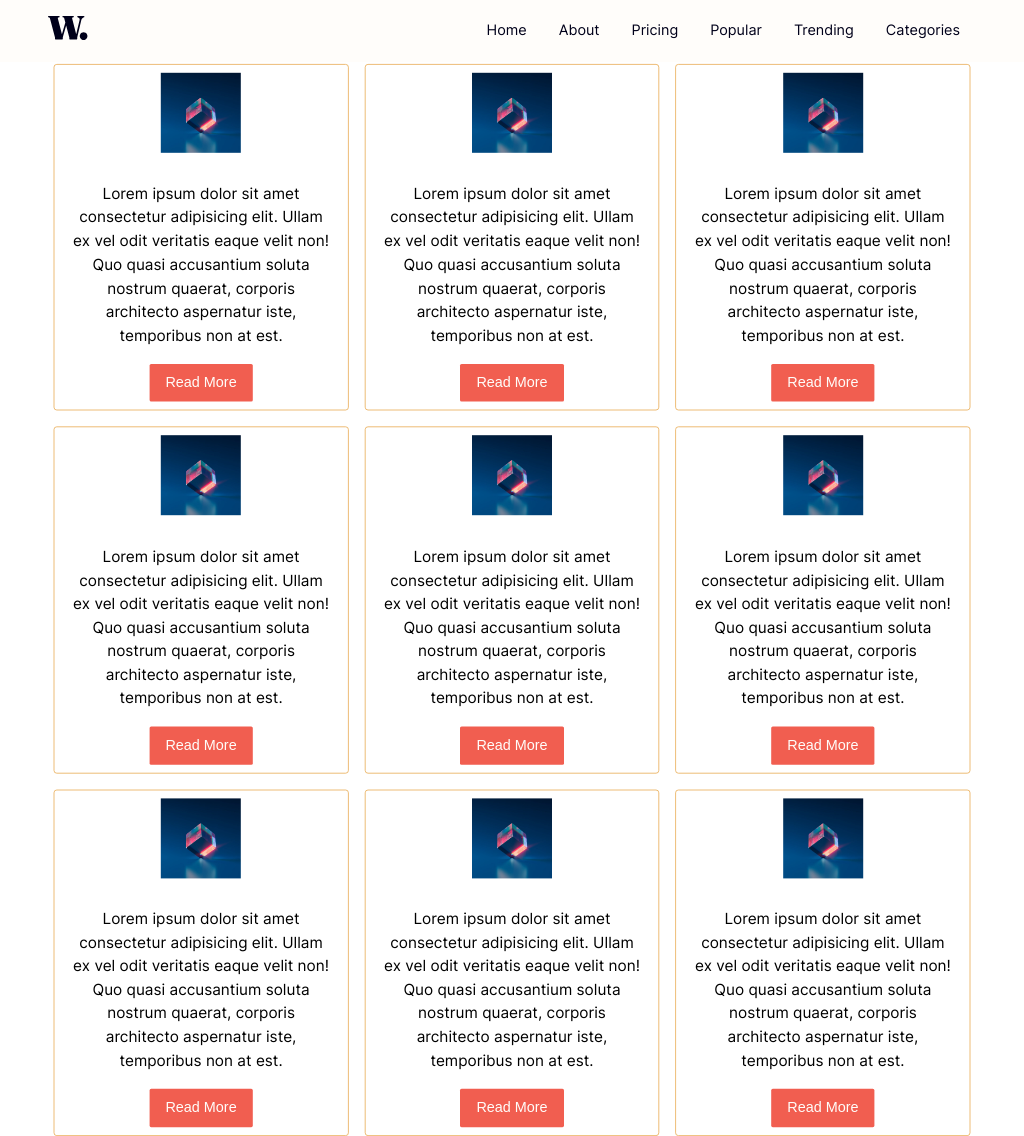
Repository: Benedict-Anthony/web3.0-blog-chain
Page: /trending
The author's editor kept a copy of each file at every save. The page is drawn from the files as they stood at one save, then again after the next save.
The browser window is 1280 px wide. The pictures show the whole page, at 80% of full size.
The project was rebuilt for these pictures with package versions that can differ from the ones it lists, and the page was loaded fresh each time. The framework's server and built-in components were replaced by stand-ins that run in the browser. Also part of the build but not shown: next.config.js, styles/styles.css.

Above is the page before, as saved 2022-12-21 02:33:18.

After the next save:
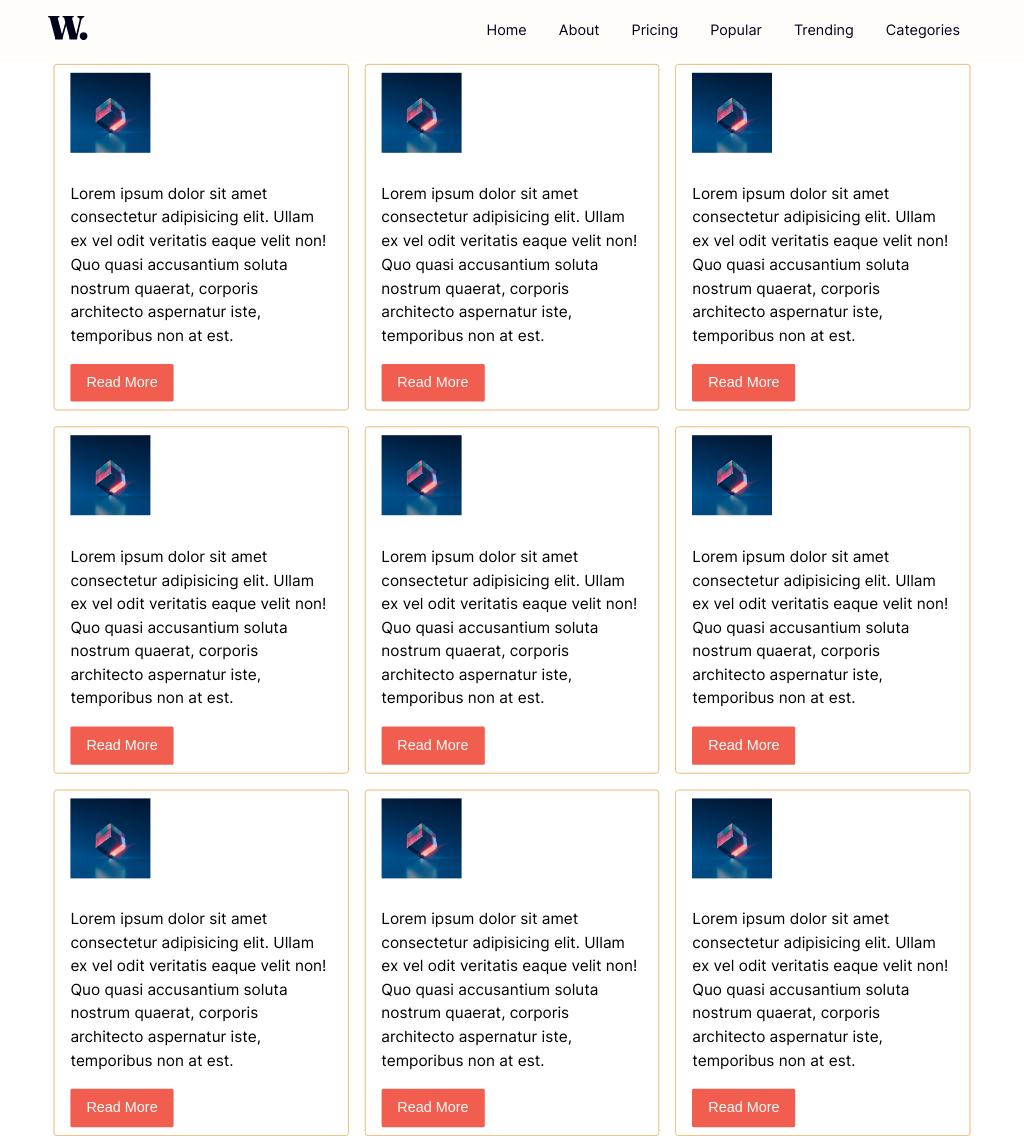
Saved 34 s later.
--- a/styles/Trending.module.scss
+++ b/styles/Trending.module.scss
@@ -22,7 +22,7 @@
 
     div{
         padding: 10px 20px;
-        text-align: center;
+        // text-align: center;
         p{
             padding: 10px 0;
             font-size: 1.2rem;
